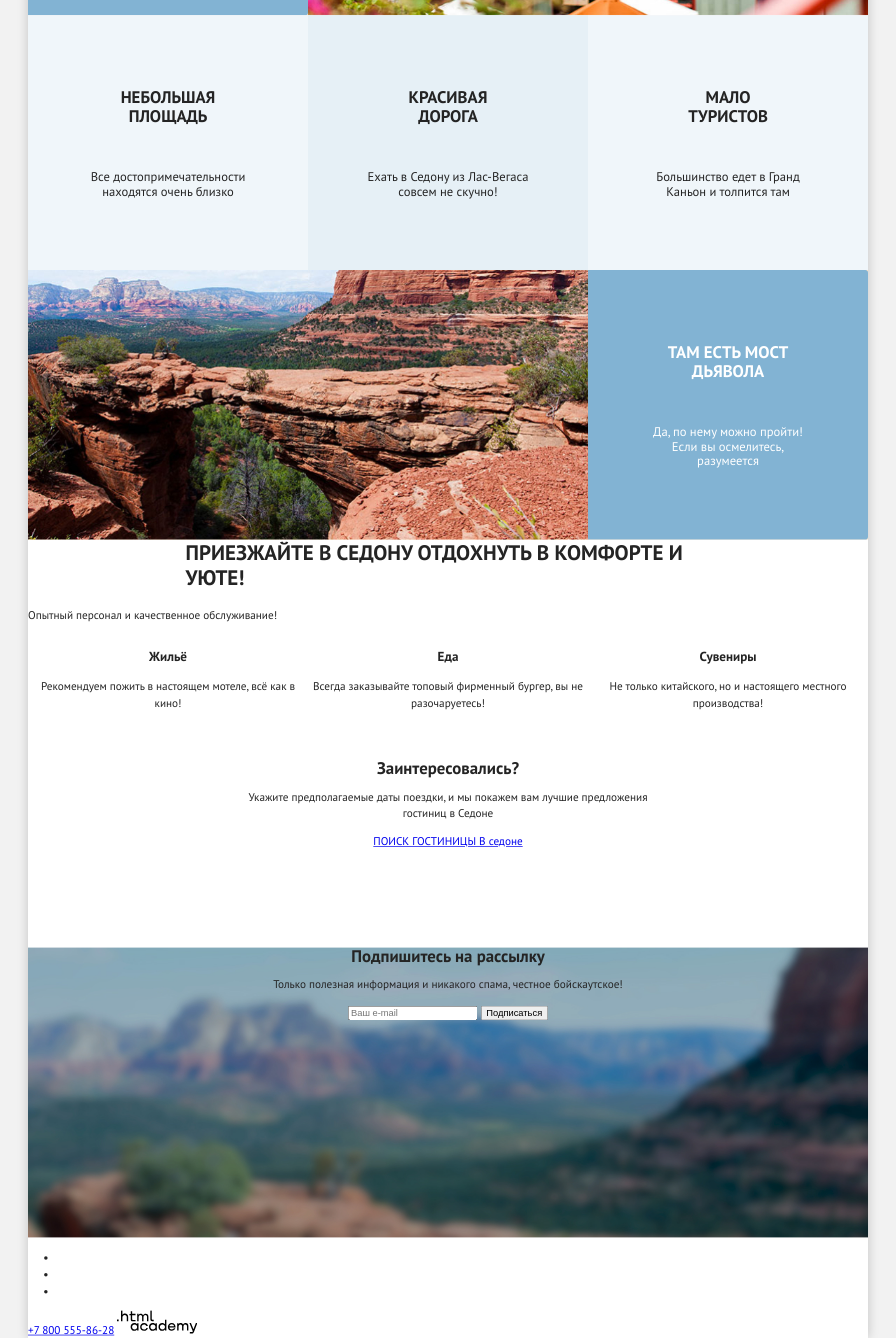
Repository: zakhgagne/2512253-sedona-1
Page: index.html
An editor plug-in stored every save of this project. The page is shown before and after the next save, followed by the edit.
The browser window is 1280 px wide. The pictures show the part of the page from y = 1194 to 3114 px (the page is 3106 px tall before and 3114 px after), at 70% of full size.

Above is the page before, as saved 2024-05-11 14:05:08.

### index.html
<!DOCTYPE html>
<html lang="ru">

  <head>
    <meta charset="utf-8">
    <title>Сайт города Седона</title>
    <link rel="stylesheet" href="styles/styles.css">
  </head>

  <body>
    <div class="container">
      <header class="header">
        <a class="logo-link" href="#">
          <img class="logo-image" src="./images/logo.svg" alt="Любимая Седона" width="" height="">
        </a>
        <nav class="navigation">
          <ul class="main-menu">
            <li class="menu-item">
              <a href="./index.html" class="menu-link">Главная</a>
            </li>
            <li class="menu-item">
              <a href="#" class="menu-link">О Седоне</a>
            </li>
            <li class="menu-item">
              <a href="./catalog.html" class="menu-link">Гостиницы</a>
            </li>
          </ul>
          <ul class="user-menu">
            <li class="user-menu-item">
              <a href="#" class="user-menu-link">
                <span class="visually-hidden">Поиск</span>
              </a>
            </li>
            <li class="user-menu-item">
              <a href="#" class="user-menu-link">
                <span class="visually-hidden">Избранное</span>
                <span class="like-number">12</span>
              </a>
            </li>
            <li class="user-menu-item">
              <a href="#" class="user-menu-link">Хочу сюда!</a>
            </li>
          </ul>
        </nav>
      </header>
      <main class="main-container">
        <h1 class="visually-hidden">Cайт города Седона</h1>
        <section class="welcome">
          <h2 class="visually-hidden">Приглашение</h2>
          <img src="./images/welcome.svg" class="welcome-image" width="" height="" alt="Welcome">
        </section>

        <section class="city">
          <h2 class="city-title">Седона — небольшой городок в Аризоне, заслуживающий большего!</h2>
          <p class="city-subtitle">Рассмотрим причины, по которым Седона круче, чем Гранд-каньон!</p>

          <ul class="reason-list">
            <li class="reason-item reason-item-special">
              <div class="reason-container">
                <h3 class="reason-title">Настоящий городок</h3>
                <p class="reason-text">Седона — не аттракцион для туристов, там течёт своя жизнь</p>
              </div>
              <img src="./images/photo-1.jpg" class="reason-image" width="" height="">
            </li>
            <li class="reason-item">
              <div class="reason-container">
                <h3 class="reason-title">Небольшая площадь</h3>
                <p class="reason-text">Все достопримечательности находятся очень близко</p>
              </div>
            </li>
            <li class="reason-item">
              <div class="reason-container">
                <h3 class="reason-title">Красивая дорога</h3>
                <p class="reason-text">Ехать в Седону из Лас-Вегаса совсем не скучно!</p>
              </div>
            </li>
            <li class="reason-item">
              <div class="reason-container">
                <h3 class="reason-title">Мало туристов</h3>
                <p class="reason-text">Большинство едет в Гранд Каньон и толпится там</p>
              </div>
            </li>
            <li class="reason-item reason-item-special">
              <img src="./images/photo-2.jpg" class="reason-image" width="" height="">
              <div class="reason-container">
                <h3 class="reason-title">Там есть мост дьявола</h3>
                <p class="reason-text">Да, по нему можно пройти! Если вы осмелитесь, разумеется</p>
              </div>
            </li>
          </ul>
        </section>

        <section class="city-welcome">
          <h2 class="desription">Приезжайте в Седону отдохнуть в комфорте и уюте!</h2>
          <p class="simple-text">Опытный персонал и качественное обслуживание!</p>

          <ul class="comfort-list">
            <li class="comfort-item">
              <h3 class="comfort-title">Жильё</h3>
              <p class="comfort-text">Рекомендуем пожить в настоящем мотеле, всё как в кино!</p>
            </li>
            <li class="comfort-item">
              <h3 class="comfort-title">Еда</h3>
              <p class="comfort-text">Всегда заказывайте топовый фирменный бургер, вы не разочаруетесь!</p>
            </li>
            <li class="comfort-item">
              <h3 class="comfort-title">Сувениры</h3>
              <p class="comfort-text">Не только китайского, но и настоящего местного производства!</p>
            </li>
          </ul>
        </section>

        <section class="interest">
          <h2 class="desription">Заинтересовались?</h2>
          <p class="simple-text">Укажите предполагаемые даты поездки, и мы покажем вам лучшие предложения гостиниц в
            Седоне</p>
          <a href="#" class="button-search-motel">ПОИСК ГОСТИНИЦЫ В седоне</a>
        </section>

      </main>

      <footer>
        <section class="news-letter">
          <h2 class="desription">Подпишитесь на рассылку</h2>
          <p class="simple-text">Только полезная информация и никакого спама, честное бойскаутское!</p>

          <form class="subscribe-form" action="https://echo.htmlacademy.ru/" method="post">
            <input class="field" placeholder="Ваш e-mail" type="email" name="distribution-email" required>
            <button class="subscribe-form-button" type="submit">Подписаться</button>
          </form>
        </section>
        <div class="footer-container">
          <section class="contacts">
            <h2 class="visually-hidden">Контакты</h2>
            <ul class="contact-list">
              <li class="contact-list-item">
                <a href="#" class="contact-list-link">
                  <p class="visually-hidden">Вконтакте</p>
                </a>
              </li>
              <li class="contact-list-item">
                <a href="#" class="contact-list-link">
                  <p class="visually-hidden">Телеграм</p>
                </a>
              </li>
              <li class="contact-list-item">
                <a href="#" class="contact-list-link">
                  <p class="visually-hidden">Ютуб</p>
                </a>
              </li>
            </ul>
            <a class="footer-contacts-address-phone" href="tel:+78005558628">+7 800 555-86-28</a>
            <a class="htmlacademy-link" href="https://htmlacademy.ru/">
              <img src="./images/logo-academy.svg" width="" height="" alt="Академия">
            </a>
          </section>
        </div>
      </footer>
    </div>
  </body>

</html>

### styles/styles.css
@font-face {
  font-family: "PT Sans";
  font-style: normal;
  font-weight: 400;
  src: url("../fonts/ptsans-400.woff2") format("woff2");
  font-display: swap;
}

@font-face {
  font-family: "PT Sans";
  font-style: normal;
  font-weight: 700;
  src: url("../fonts/ptsans-700.woff2") format("woff2");
  font-display: swap;
}


body {
  margin: 0;
  font-family: "PT Sans", "Arial", sans-serif;
  font-size: 16px;
  line-height: 24px;
  color: #242424;
  background-color: #f2f2f2;
}

.visually-hidden {
  display: none;
}

.container {
  width: 1200px;
  margin: 0 auto;
  background-color: #ffffff;
  box-shadow: 0 0 15px rgba(0, 0, 0, 0.2);
}

.header {
  background-color: #ffffff;
  position: relative;
  padding: 0 68px 0 238px;
}

.logo-link {
  position: absolute;
  top: 0;
  left: 70px;
}

.logo-image {}

.navigation {
  display: flex;
  justify-content: space-between;
}

.main-menu {
  padding: 0;
  margin: 0;
  list-style: none;
  display: flex;
  width: 500px;
  flex-wrap: wrap;
}

.menu-item {}

.menu-link {
  font-size: 20px;
  font-weight: 700;
  line-height: 24px;
  color: #000000;
  text-decoration: none;
  display: block;
  padding: 20px 16px;

}

.menu-item:nth-child(1) {
  /* background-color: red; */
}

.menu-item:nth-child(2) {
  /* background-color: blue; */
}

.menu-item:nth-child(3) {
  /* background-color: red; */
}

.user-menu {
  padding: 0;
  margin: 0;
  list-style: none;
  display: flex;
}

.welcome {
  background-color: #aec5d1;
  background-image: url("../images/white-crown.svg"), url("../images/index-background.jpg");
  background-repeat: no-repeat;
  background-position: center bottom, center top;
  background-size: 1200px 57px, cover;
  padding-top: 51px;
  padding-bottom: 82px;
  min-height: 352px;
}

.welcome-image {
  display: block;
  margin: 0 auto;
}

.city {
  text-align: center;
  padding-top: 70px;
}

.city-title {
  padding: 0;
  margin: 0 auto 24px;
  font-size: 30px;
  font-weight: 700;
  line-height: 36px;
  text-transform: uppercase;
  width: 750px;

}

.city-subtitle {
  padding: 0;
  margin: 0 auto 90px;
  font-size: 22px;
  font-weight: 400;
  line-height: 26px;
  width: 750px;
}

.reason-list {
  display: flex;
  justify-content: space-between;
  text-align: center;
  padding: 0;
  margin: 0;
  list-style: none;
  flex-wrap: wrap;
}

.reason-item {
  display: flex;
  background-color: bisque;
}

.reason-container {
  width: 400px;
  padding-top: 103px;
  padding-bottom: 102px;
}

.reason-title {
  margin: 0 auto 61px;
  padding: 0;
  font-size: 24px;
  font-weight: 700;
  line-height: 28px;
  width: 175px;
  text-transform: uppercase;

}

.reason-text {
  padding: 0;
  margin: 0 auto;
  font-size: 18px;
  font-weight: 400;
  line-height: 21px;
  width: 231px;
}

.reason-item:nth-child(2n) {
  background-color: #f0f6fa;
}
.reason-item:nth-child(3n) {
  background-color: #e6f0f6;
}
.reason-item-special .reason-container {
  background-color: #82B3D3;
  border-radius: 0px 4px 4px 0px;
  color: #FFFFFF;

}

.comfort-list {
  display: flex;
  justify-content: space-between;
  text-align: center;
  padding: 0;
  margin: 0;
  list-style: none;
}

.comfort-item {
  width: 400px;
}

.interest {
  text-align: center;
  margin: 54px auto;
  height: 214px;
  width: 592px;
}

.desription {
  padding: 0;
  margin: 0;
}

.footer-container {
  display: flex;
  margin: 0 auto;
}


.news-letter {
  background-image: url("../images/subscribe.jpg");
  background-repeat: no-repeat;
  min-height: 414px;
  text-align: center;

  /*width: 684px;*/
}

.city-welcome .desription {
  padding: 0;
    margin: 0 auto 24px;
    font-size: 30px;
    font-weight: 700;
    line-height: 36px;
    text-transform: uppercase;
    width: 750px;
}

After the next save:
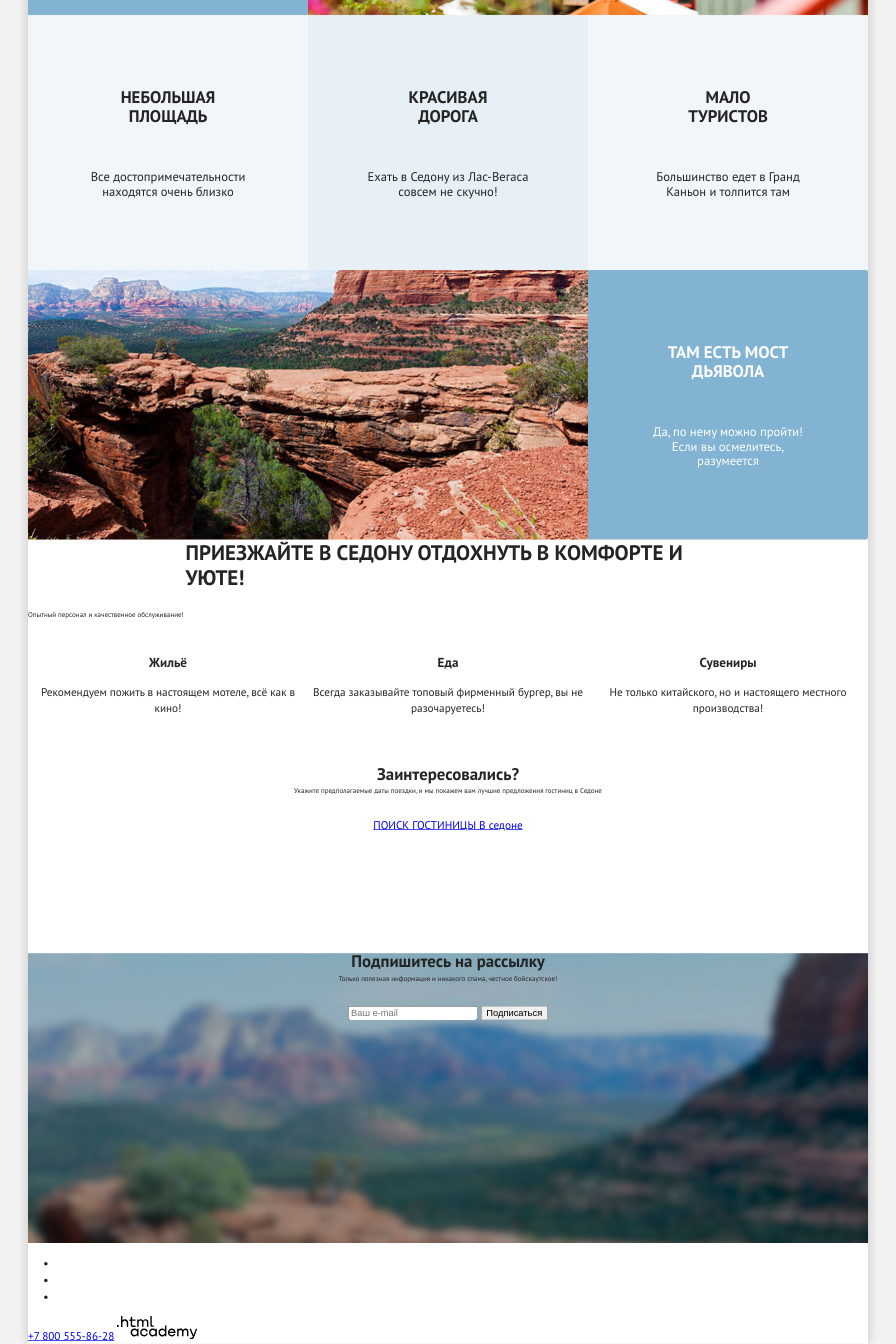
Saved 102 s later.
--- a/styles/styles.css
+++ b/styles/styles.css
@@ -239,3 +239,9 @@ body {
     text-transform: uppercase;
     width: 750px;
 }
+
+.simple-text {
+    padding: 0;
+      margin: 0 auto 24px;
+      font-size: 10px;
+}
